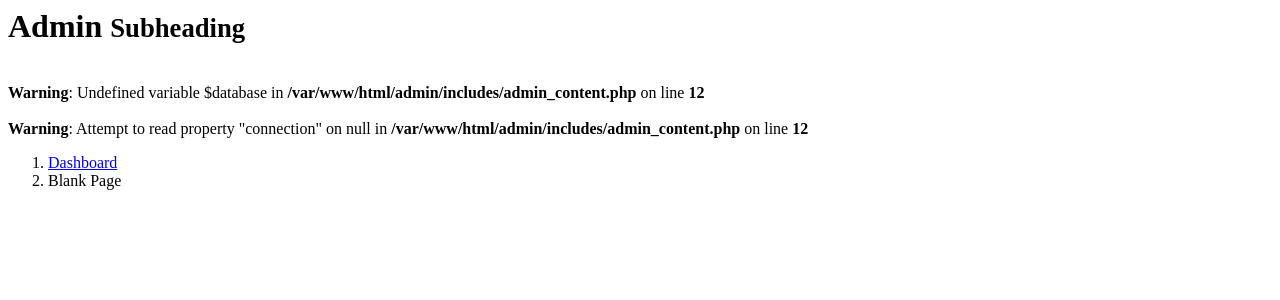
Repository: Dennis-star1001/PHP_OOP
Page: http://localhost/admin/includes/admin_content.php
These files come from the project's save history. The page is drawn as it stood at one moment and after the next save; the edit follows.
The browser window is 1280 px wide. The pictures show the whole page.
The page is run by PHP 8.4 with error messages shown; the project is at /var/www/html/.

Above is the page before, as saved 2022-07-14 00:43:04.

### admin/includes/admin_content.php
 <div class="container-fluid">

     <!-- Page Heading -->
     <div class="row">
         <div class="col-lg-12">
             <h1 class="page-header">
                 Admin
                 <small>Subheading</small>
             </h1>

             <?php
             if($database->connection){
                echo "true";
             }

             ?>
             <ol class="breadcrumb">
                 <li>
                     <i class="fa fa-dashboard"></i> <a href="index.html">Dashboard</a>
                 </li>
                 <li class="active">
                     <i class="fa fa-file"></i> Blank Page
                 </li>
             </ol>
         </div>
     </div>
     <!-- /.row -->

 </div>

After the next save:
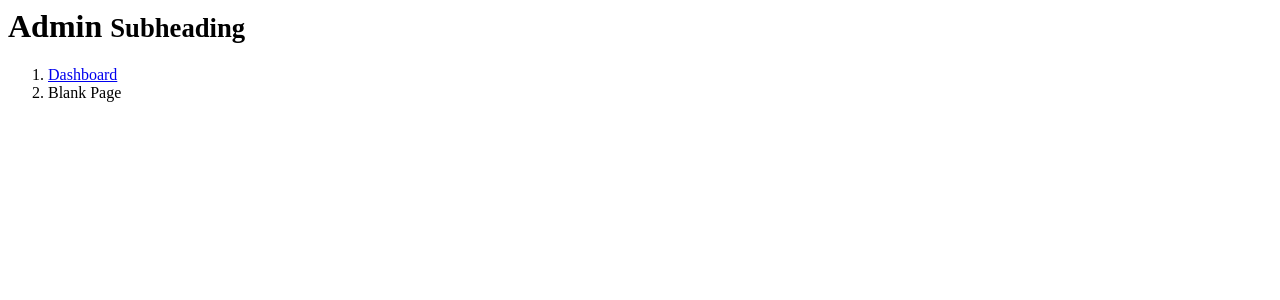
Saved 3 min 6 s later.
--- a/admin/includes/admin_content.php
+++ b/admin/includes/admin_content.php
@@ -9,9 +9,6 @@
              </h1>
 
              <?php
-             if($database->connection){
-                echo "true";
-             }
 
              ?>
              <ol class="breadcrumb">
